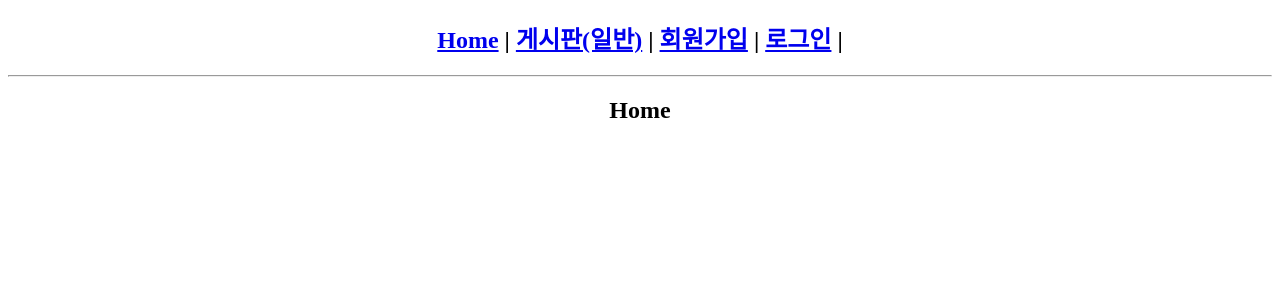
Repository: siucrystal/siuproject
Page: http://localhost/mini_project/
The author's editor kept a copy of each file at every save. The page is drawn from the files as they stood at one save, then again after the next save.
The browser window is 1280 px wide. The pictures show the whole page.
The page is served by Tomcat 9. Other server files are loaded and not shown.

Above is the page before, as saved 2023-09-22 03:44:18.

### jspws/mini_project/src/main/webapp/index.jsp
<%@ page language="java" contentType="text/html; charset=UTF-8"
    pageEncoding="UTF-8"%>
<!DOCTYPE html>
<html>
<head>
<meta charset="UTF-8">
<title>index.jsp</title>
<style>
    #home {text-align: center;}
</style>
</head>
<body>

<%@include file="topmenu.jsp" %>
<h2 id="home">Home</h2>
</body>
</html>

### jspws/mini_project/src/main/webapp/topmenu.jsp
<%@ page language="java" contentType="text/html; charset=UTF-8"
    pageEncoding="UTF-8"%>
<style>
	#service {text-align: center;}
</style>
<script>
	function deleteConfirm() {
		const input = confirm("회원을 탈퇴할까요?");
		alert(input);
		if (input) location.href = "delete.do";
		else return;
	};
</script>
<h2 id="service">
<a href="index.do">Home</a> |
<a href="board.do">게시판(일반)</a> |

<% if (session.getAttribute("id") == null) { %>
	<a href="joinJson.do" class ="menu">회원가입</a> |
	<a href="login.do">로그인</a> |
<% } else { %>
	<a href="update.do">정보수정</a> |
	<a href="#" onclick="deleteConfirm();">회원탈퇴</a> |
	<a href="logout.do">로그아웃</a> | <br>
	<%=session.getAttribute("name") %>(<%=session.getAttribute("id") %>) 로그인 중
<% } %>

<%
if (session.getAttribute("name") != null) {
    out.println("name: " + session.getAttribute("name"));
}

if (session.getAttribute("id") != null) {
    out.println("id: " + session.getAttribute("id"));
}
if (session.getAttribute("pw") != null) {
    out.println("pw: " + session.getAttribute("pw"));
}

if (session.getAttribute("grade") != null) {
    out.println("grade: " + session.getAttribute("grade"));
}
%>

<%-- <% if (!(session.getAttribute("grade").equals("GENERAL"))) { %>
	<a href="memberList.do">회원목록</a> |
<% }%> --%>
</h2>
<hr>

### jspws/mini_project/src/main/webapp/loginmenu.jsp
<%@ page language="java" contentType="text/html; charset=UTF-8"
    pageEncoding="UTF-8"%>
<style>
	#service {text-align: center;}
</style>
<script>
	function deleteConfirm() {
		const input = confirm("회원을 탈퇴할까요?");
		alert(input);
		if (input) location.href = "delete.do";
		else return;
	};
</script>
<h2 id="service">
<a href="index.do">Home</a> |

<% if (session.getAttribute("id") == null) { %>
	<a href="join.do" class ="menu">회원가입</a> |
	<a href="login.do">로그인</a> |
<% } else { %>
	<a href="update.do">정보수정</a> |
	<a href="#" onclick="deleteConfirm();">회원탈퇴</a> |
	<a href="logout.do">로그아웃</a> |
<% 		String seGrade = (String)session.getAttribute("grade");
		if (!(seGrade.equals("GENERAL"))) { %>
	<a href="memberList.do">회원목록</a> <br>
<% 		} %>
<%		String grade = "";
		if (seGrade.equals("MANAGER")) grade = "매니저";
		else if (seGrade.equals("ASSOCIATE")) grade = "부매니저";
		else if (seGrade.equals("STAFF")) grade = "스태프";
		else grade = "일반회원";
%>
	<%=grade%> <%=session.getAttribute("nickname") %>(<%=session.getAttribute("id") %>)님 로그인 중 <br>
<% } %>
</h2>
<hr>

After the next save:
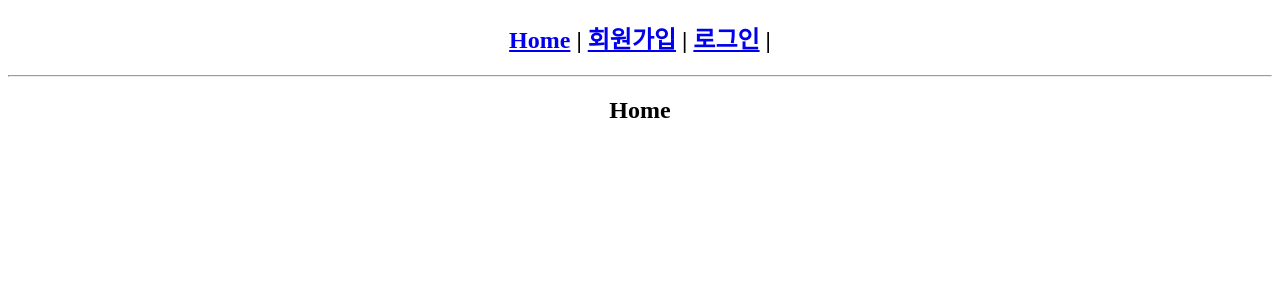
Saved 6 s later.
--- a/jspws/mini_project/src/main/webapp/index.jsp
+++ b/jspws/mini_project/src/main/webapp/index.jsp
@@ -11,7 +11,7 @@
 </head>
 <body>
 
-<%@include file="topmenu.jsp" %>
+<%@include file="loginmenu.jsp" %>
 <h2 id="home">Home</h2>
 </body>
 </html>
